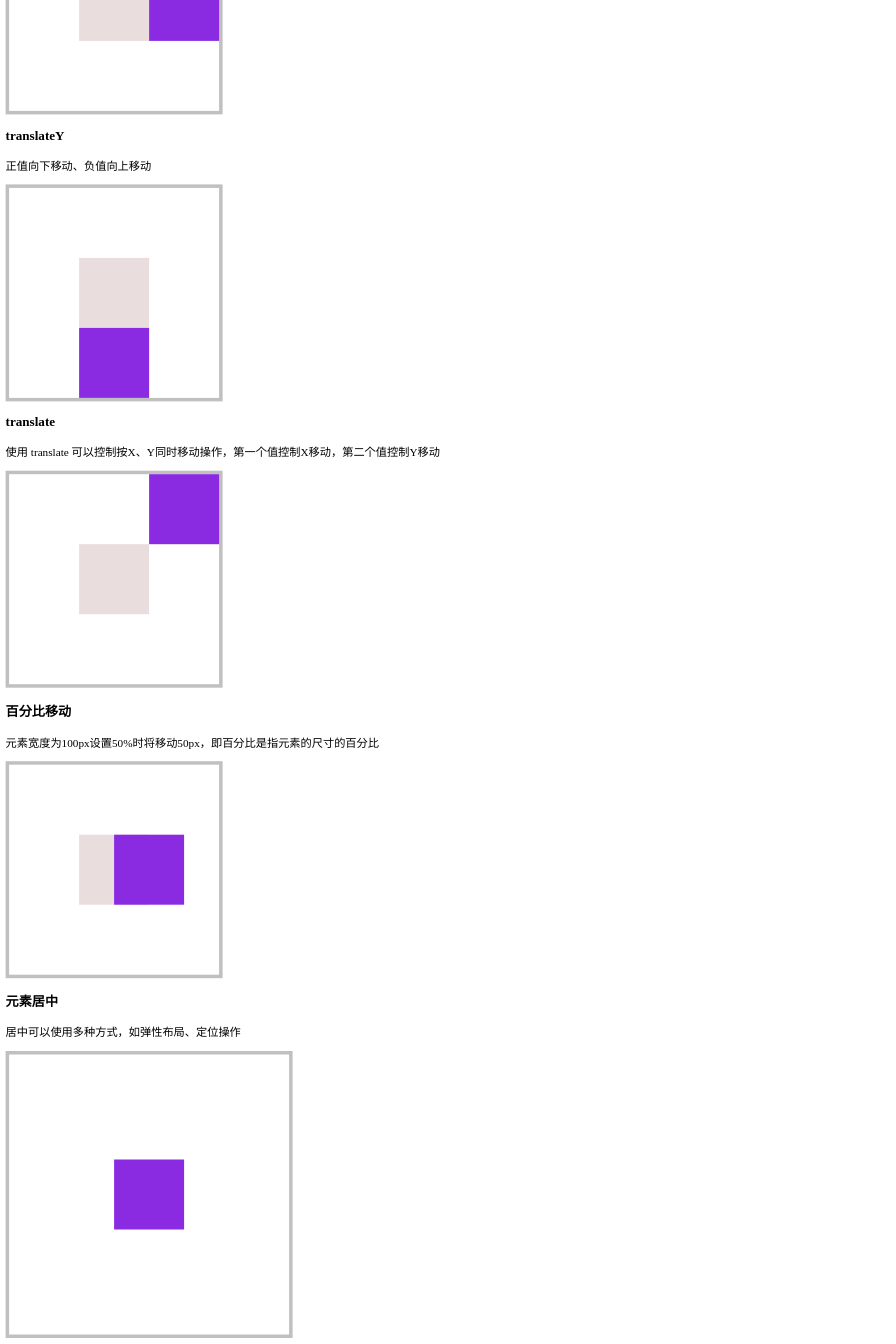
Repository: Aissd/animateDemo
Page: translate.html
The author's editor kept a copy of each file at every save. The page is drawn from the files as they stood at one save, then again after the next save.
The browser window is 1280 px wide. The pictures show the part of the page from y = 1188 to 3108 px (the page is 3108 px tall before and 2690 px after), at 70% of full size.

Above is the page before, as saved 2020-05-11 22:20:36.

After the next save:
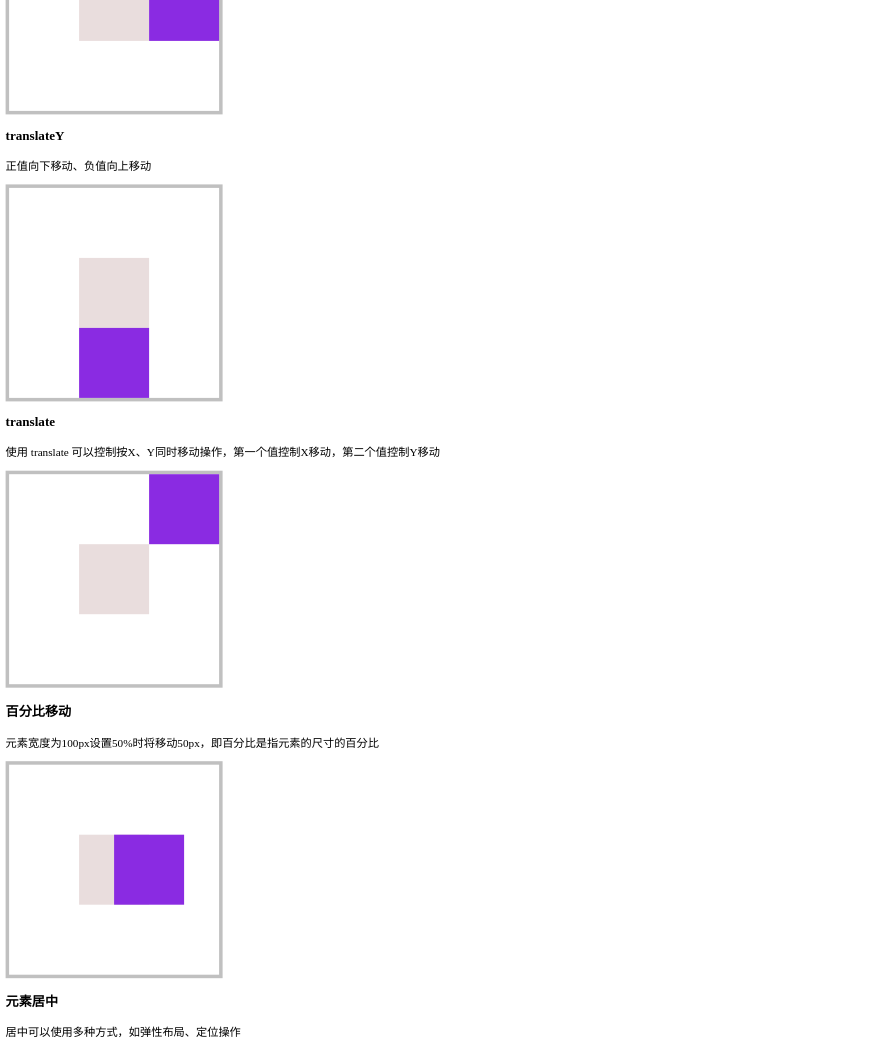
Saved 38 min 31 s later.
--- a/translate.html
+++ b/translate.html
@@ -78,8 +78,9 @@
         <section class="demo-section">
             <h3>元素居中</h3>
             <p>居中可以使用多种方式，如弹性布局、定位操作</p>
-            <main class="demo09">
-                <div></div>
+            <main class="demo10">
+                <div class="f"></div>
+                <div class="b"></div>
             </main>
         </section>
     </div>
--- a/css/translate.css
+++ b/css/translate.css
@@ -205,3 +205,32 @@
     top: 50%;
     transform: translate(-50%, -50%);
 }
+
+.demo10 {
+    position: absolute;
+    left: 50%;
+    top: 50%;
+    width: 200px;
+    height: 200px;
+    transform-style: preserve-3d;
+    transition: 2s;
+    transform: perspective(900px) rotateY(60deg);
+}
+
+body:hover .demo10 {
+    transform: perspective(600px) rotateY(60deg) scaleZ(5);
+}
+
+.demo10. div {
+    position: absolute;
+    top: 0;
+    left: 0;
+    width: 100%;
+    height: 100%;
+    background: #f1c40f;
+}
+
+.demo10. div.b {
+    background: #8e44ad;
+    transform: translateZ(-100px);
+}
